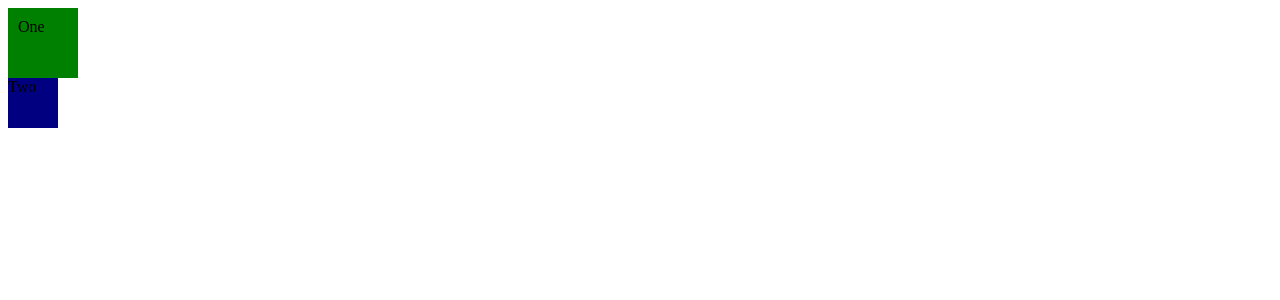
Repository: Peacepapi/1702Java
Page: web/src/main/webapp/box.html
The author's editor kept a copy of each file at every save. The page is drawn from the files as they stood at one save, then again after the next save.
The browser window is 1280 px wide. The pictures show the whole page.

Above is the page before, as saved 2017-02-24 18:15:13.

### web/src/main/webapp/box.html
<!DOCTYPE html>
<html>
<head>
<meta charset="ISO-8859-1">
<title>Insert title here</title>
<style type="text/css">
#one{
	height: 50px;
	width: 50px;
	background-color: green;
	border-style: solid, 10px;
	border-color: black;
	border-width: 10px;
	border: 10px;
	padding: 10px;
	margin: 10px, 5px, 50px, 40px;
}
#two{
	height: 50px;
	width: 50px;
	background-color: navy;
}
</style>
</head>
<body>
<div id="one">One</div>
<div id="two">Two</div>
</body>
</html>

After the next save:
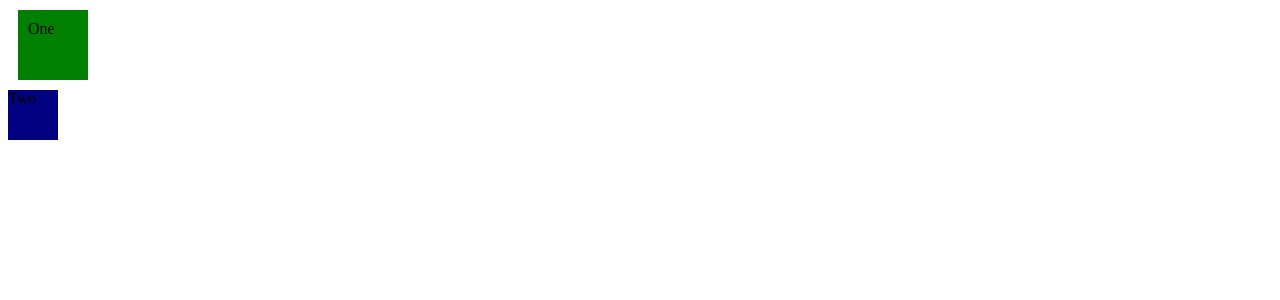
Saved 30 s later.
--- a/web/src/main/webapp/box.html
+++ b/web/src/main/webapp/box.html
@@ -8,12 +8,12 @@
 	height: 50px;
 	width: 50px;
 	background-color: green;
-	border-style: solid, 10px;
+	border-style: solid;
 	border-color: black;
 	border-width: 10px;
 	border: 10px;
 	padding: 10px;
-	margin: 10px, 5px, 50px, 40px;
+	margin: 10px;
 }
 #two{
 	height: 50px;
